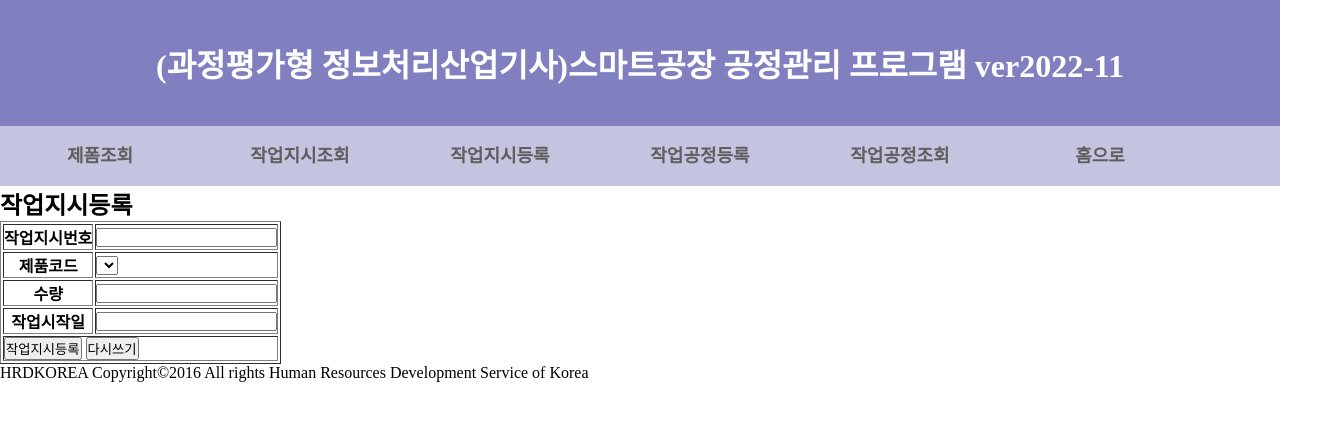
Repository: anakyn01/exam
Page: http://localhost/smart_5/sub2_1.jsp
The author's editor kept a copy of each file at every save. The page is drawn from the files as they stood at one save, then again after the next save.
The browser window is 1280 px wide. The page is 1320 px wide, so the pictures cover 1320 px, including what lies to the right of the window. The pictures show the whole page.
The page is served by Tomcat 9.

Above is the page before, as saved 2025-01-06 07:29:47.

After the next save:
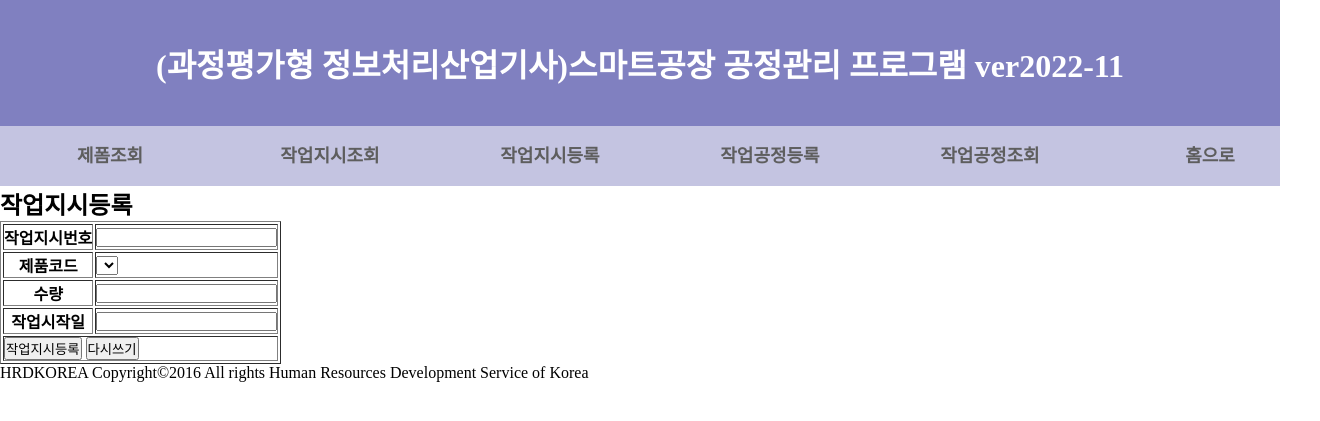
Saved 18 s later.
--- a/smart_5/src/main/webapp/css/style.css
+++ b/smart_5/src/main/webapp/css/style.css
@@ -5,4 +5,6 @@ header{background-color:#8080c0;}
 header h1{padding:40px 0; text-align:center; color:white;}
 nav{height:60px; background-color:#c4c4e1;}
 nav ul{margin:0 auto; width:1320px; list-style:none; text-align:center;}
-nav ul li{line-height:60px; float:left; font-size:18px; font-weight:600; width:200px;}
+nav ul li{line-height:60px; float:left; font-size:18px; font-weight:600; width:200px;
+margin:0 10px;
+}
